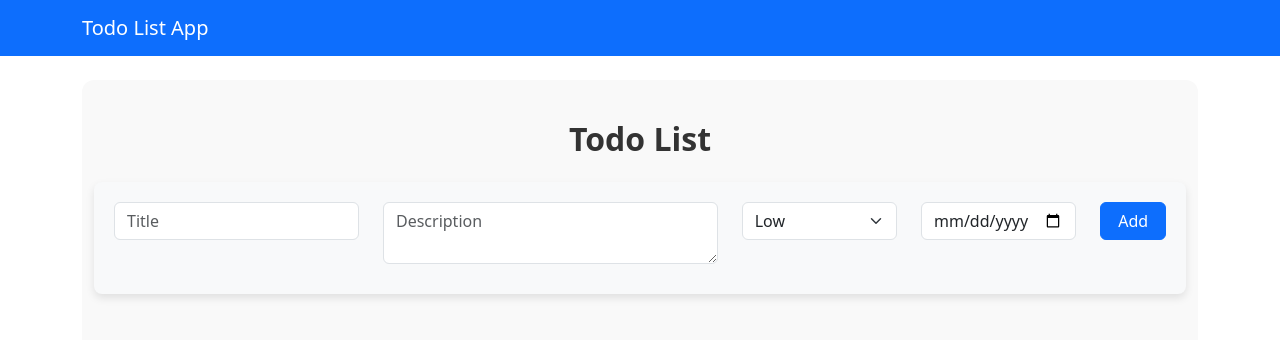
Repository: HPNChanel/Todo-List-Web-App
Page: / (app in frontend/todolist/)
These files come from the project's save history. The page is drawn as it stood at one moment and after the next save; the edit follows.
The browser window is 1280 px wide. The pictures show the whole page.
The page's requests for data from a server got no answer. The project was rebuilt for these pictures with package versions that can differ from the ones it lists, and the page was loaded fresh each time. No one was signed in, and anything a server would have sent is missing. Also part of the build but not shown: frontend/todolist/src/styles/TaskItem.css, frontend/todolist/src/components/TaskItem.js, frontend/todolist/src/styles/WelcomePage.css, frontend/todolist/src/pages/WelcomePage.js, frontend/todolist/src/styles/NotFound.css, frontend/todolist/src/pages/NotFound.js. Imported but missing from the stored project, and not drawn on this page: frontend/todolist/src/components/ContactUs.

Above is the page before, as saved 2024-11-05 14:30:22.

After the next save:
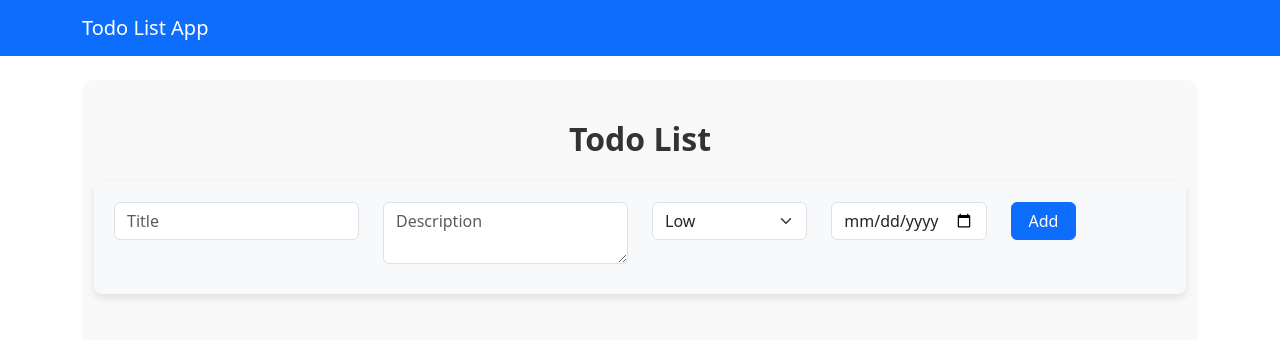
Saved 73 s later.
--- a/frontend/todolist/src/components/TaskForm.js
+++ b/frontend/todolist/src/components/TaskForm.js
@@ -47,7 +47,7 @@
                         required
                     />
                 </div>
-                <div className="col-md-4">
+                <div className="col-md-3">
                     <textarea
                         className="form-control"
                         placeholder="Description"

After the save that followed:
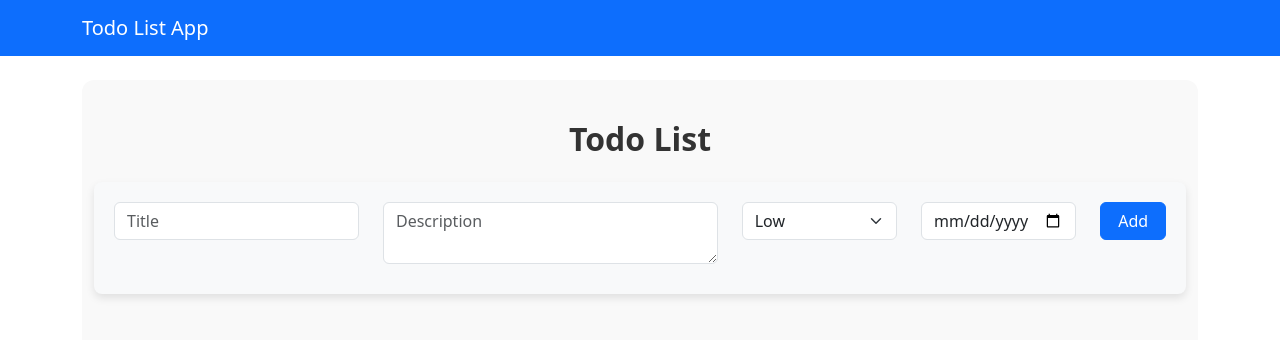
Saved 14 s later.
--- a/frontend/todolist/src/components/TaskForm.js
+++ b/frontend/todolist/src/components/TaskForm.js
@@ -47,7 +47,7 @@
                         required
                     />
                 </div>
-                <div className="col-md-3">
+                <div className="col-md-4">
                     <textarea
                         className="form-control"
                         placeholder="Description"
